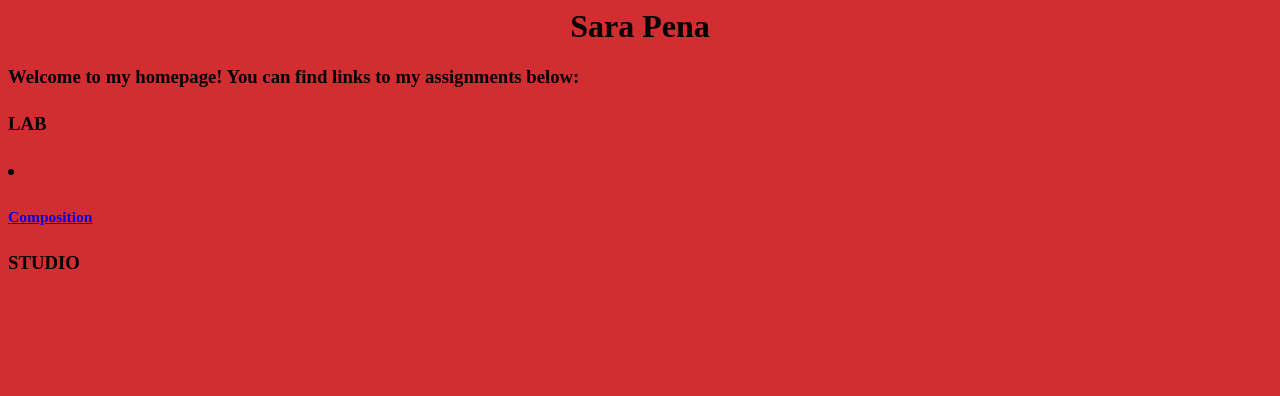
Repository: penas326/penas326.github.io
Page: index.html
The author's editor kept a record of every edit. The page is drawn from the files as they stood at one moment, then again after the next edit.
The browser window is 1280 px wide. The pictures show the whole page.

Above is the page before.

After the next edit:
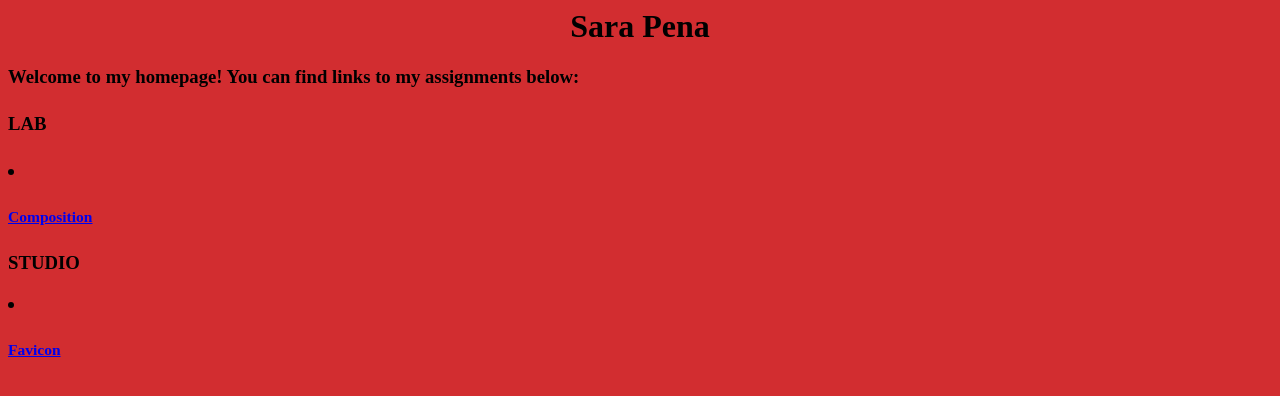
The edit:
--- a/index.html
+++ b/index.html
@@ -10,5 +10,6 @@
         <p><strong><h4>LAB</h4></strong></p>
         <li><h5><a href="composition/index.html">Composition</a></h5></li>
         <p>STUDIO</p>
+        <li><h5><a href="favicon/index.html">Favicon</a></h5></li>
 
 </html>
